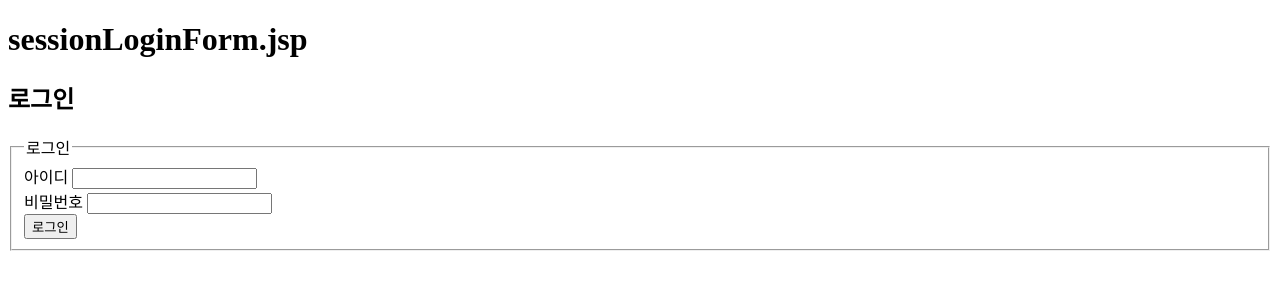
Repository: HeeYoung9/young9
Page: http://localhost/JSP7/jsp/sessionLoginForm.jsp
An editor plug-in stored every save of this project. The page is shown before and after the next save, followed by the edit.
The browser window is 1280 px wide. The pictures show the whole page.
The page is served by Tomcat 9.

Above is the page before, as saved 2023-08-24 05:34:19.

After the next save:
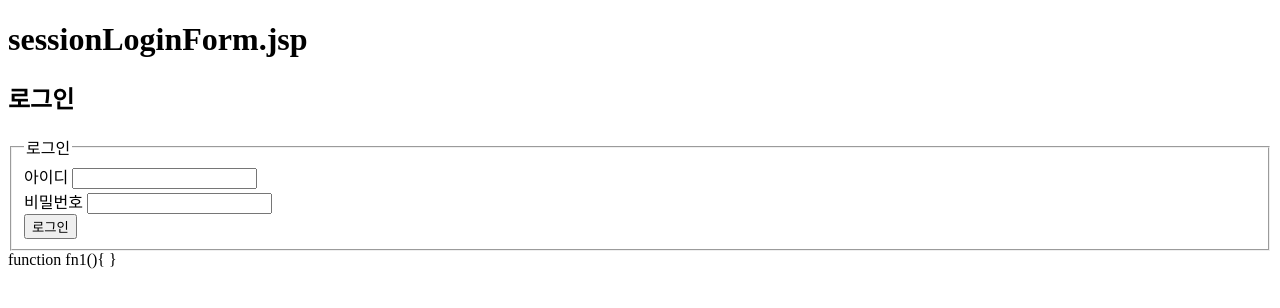
Saved 8 s later.
--- a/JSP7/src/main/webapp/jsp/sessionLoginForm.jsp
+++ b/JSP7/src/main/webapp/jsp/sessionLoginForm.jsp
@@ -19,7 +19,9 @@
 
 </form>
 </fieldset>
+	function fn1(){
 
+	}
 <script type="text/javascript">
 
 </script>
